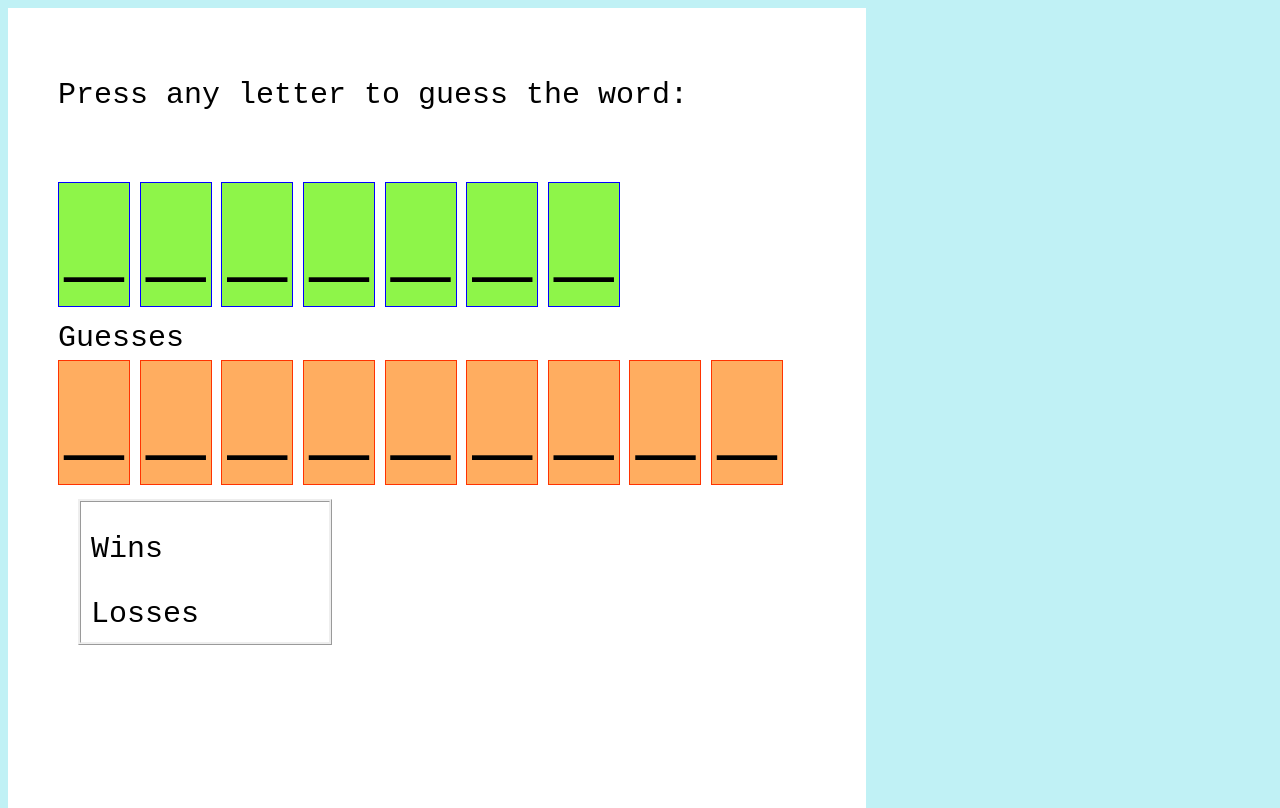
Repository: dsaftler/JavaScript
Page: index.html
These files come from the project's save history. The page is drawn as it stood at one moment and after the next save; the edit follows.
The browser window is 1280 px wide. The pictures show the whole page.

Above is the page before, as saved 2019-03-30 23:43:34.

### index.html
<!DOCTYPE html>
<html lang="en">
<head>
  <meta charset="UTF-8">
  <meta name="viewport" content="width=device-width, initial-scale=1.0">
  <meta http-equiv="X-UA-Compatible" content="ie=edge">
  <link href="https://fonts.googleapis.com/css?family=Ubuntu+Mono" rel="stylesheet">
  <link rel="stylesheet" href="assets\css\style.css">

  <title>JavaScript Hangman Game</title>
</head>
<body>
    <div class="container">
        <div class="instructions showtext">Press any letter to guess the word: </div>

         <div class="showtext" id="correctWord" ></div>



         <div class="letter match" id="chr_0">_</div>
         <div class="letter match" id="chr_1">_</div>
         <div class="letter match" id="chr_2">_</div>
         <div class="letter match" id="chr_3">_</div>
         <div class="letter match" id="chr_4">_</div>
         <div class="letter match" id="chr_5">_</div>
         <div class="letter match" id="chr_6">_</div>


        <div class="showtext" id="showRemaining">Guesses </div>

        <div class="letter guessed" id="guess_0">_</div>
        <div class="letter guessed" id="guess_1">_</div>
        <div class="letter guessed" id="guess_2">_</div>
        <div class="letter guessed" id="guess_3">_</div>
        <div class="letter guessed" id="guess_4">_</div>
        <div class="letter guessed" id="guess_5">_</div>
        <div class="letter guessed" id="guess_6">_</div>
        <div class="letter guessed" id="guess_7">_</div>
        <div class="letter guessed" id="guess_8">_</div>


      <div class="score">
      <div class="showtext" id="showWins">Wins</div>
      <div class="showtext" id="showLosses">Losses</div>

    </div>

    <script type="text/javascript" src="assets/javascript/game.js"></script>


</body>
</html>

### assets/css/style.css
body {font-family: 'Ubuntu+Mono',monospace, sans-serif;
  font-weight: 400;
  background-color: rgb(192, 241, 245);
  height: 600px;
}
.container {width:60%;
  max-width: 960px;

 /* background-image: "url('assets/images/Hangman.png')";  */
 background-color: white;
 height:700px;
 padding: 50px;
 }
 .showtext {height:35px;
  padding: 20px 0 10px;
  font-size: 30px;
 }
.letter {font-size: 100px;
  display: inline;
  padding: 5px;}
.match {
  border: 1px solid blue;
  background-color: rgb(142, 245, 73)}
.guessed {
  font-weight: 100;
  border: 1px solid #ff3300;
  background-color: rgb(255, 173, 96)}
.floater {

}
.score{
  margin-top: 20px;
  margin-left: 20px;
  padding:10px;
  height:120px;
  width: 30%;
  border-style: ridge}

### assets/javascript/game.js

// Variables
var wordArr
var cntWins,
  curCntGuess,
  ltr_0,
  ltr_1,
  ltr_2,
  ltr_3,
  ltr_4,
  ltr_5,
  ltr_6;

 var ltrTried_0,
  ltrTried_1,
  ltrTried_2,
  ltrTried_3,
  ltrTried_4,
  ltrTried_5,
  ltrTried_6,
  ltrTried_7,
  ltrTried_8,
  ltrTried_9 ;

var maxGuesses=9,
   cntWins=0,
   cntLosses=0;
var userGuess;
// within the game
// while wordArr.length>0
//while (wordArr.length>0) {
var curPtr,curCntGuess,
  curLetter,curWord,myWord,
  badGuess, curWordArr,builtWord,
  isFound,
  curPtr=0,
  firstTime=true;

  console.log('firstTime:' +firstTime)
  wordArr= ["unicorn","griffin","dragon","mermaid","centaur","pegasus"];
initGame();

document.onkeydown = function(event){
  isFound=false
  // Determines which key was pressed.
  var userGuess = event.key;
  userGuess=userGuess.toLowerCase()
  console.log("userGuess: "+userGuess);
  // is userGuess already in badGuess
  //showValue("curGuess",userGuess);

  for (let i=0; i<badGuess.length; i++) {
        //See if that letter was already chosen by parsing badGuess
    if (badGuess[i]===userGuess){
      //alert("You alread guessed "+userGuess)
      isFound=true
    }
  }
                //see if it's in the target word
                // for every letter in curWord, see if that letter exists at that index  charAt(index)
  console.log("curWordArr "+curWordArr)
  if (!isFound)
  {
    for (let i=0; i<curWordArr.length; i++)
    {
                  //if index [j]is blank and matches our guess

      if (curWordArr[i]===userGuess)
      {
        console.log("curWordArr "+i+'='+curWordArr[i])
        builtWord[i]=userGuess
                 //set getElementId for that index (see if I can create a variable "ltr_"+(toString([j]))
        //id="chr_0"
        el='chr_'+i
        showValue(el,userGuess)
        //getElementById(el).textContent:userGuess;
        isFound=true
      }
    }
  }
  if (!isFound)
  {
    el="guess_"+badGuess.length;
    showValue(el,userGuess)  ;
    // push to badGuess
      badGuess.push(userGuess);
      console.log("badGuess: "+badGuess)
      curCntGuess++
      console.log("curCntGuess :" +curCntGuess)
      // push content for ltrTried ids
      // show content for badguesses
  }



  if (curCntGuess>=maxGuesses){
      //alert('You lost')
      cntLosses++;
      showValue("showLosses","Losses   "+cntLosses)
      showValue("correctWord","The Word was  "+curWord)
      nextWord()
  } else {
    if (collapseArray()===curWord){
      //alert("You won")
      cntWins++;
      showValue("showWins","Wins   "+cntWins)
      showValue("correctWord","The Word was  "+curWord)

      nextWord()
    } else {
      myWord=''
    }
  }

}


function initGame(){
  allLetters = document.querySelectorAll('.letter');
  allLetters.forEach(element => {
    element.textContent = '_';
  });
  curCntGuess = 0;
  curLetter="";
  curWord="";
  myWord="";
  badGuess = [];
  curWordArr=[];
  builtWord=[];
  console.log("WordArr aft: "+wordArr)
  console.log("wordArr.length: "+wordArr.length)
  curPtr=getRandomPtr(wordArr.length); //0
  console.log("curPtr: "+curPtr)
  //curWordArr = array the word at that index
  curWord=wordArr[curPtr];   //unicorn
  console.log("curWord: "+curWord)
  for (let i=0; i<curWord.length; i++){
    myLetter=curWord.charAt([i]);
    //console.log(myLetter);
    curWordArr.push(myLetter);
  }
  //clear the ltrTried & ltr elements
  //console.log(curPtr);
  //console.log(curWord);
  console.log("curWordArr "+curWordArr)
}

function nextWord(){
  console.log("Word Arr b4: " +wordArr)
  wordArr.splice(curPtr,1)
  if (wordArr.length===0){
    //alert("End of Game")
  }else{
    initGame()
  }
}
function showValue(thisId,thisValue){
  var target=document.getElementById(thisId);
  console.log(thisValue)
  console.log(thisId)
  target.innerHTML=thisValue;
}
function addValue(thisId,thisValue){
  var target=document.getElementById(thisId);
  target.innerHTML=target.innerHTML+"      " +thisValue;
}
function collapseArray(){

  for (let k=0; k<builtWord.length; k++) {
    localVal=builtWord[k]
    if (typeof(localVal)!='undefined') {
   // console.log("myWord length: "+myWord.length+ " K is "+localVal)
    myWord=myWord+localVal
   //console.log("myWord "+myWord)
    }
  }
  return myWord
}


function getUserGuess() {
  var userGuess= document.getElementById("getKeyPress");
  userGuess=userGuess.toLowerCase();


  }



function getRandomPtr(max) {
      return Math.floor(Math.random() * Math.floor(max));
      // this will return 0 through max-1
}
function getRandomInt(max) {
  return getRandomPtr(max)+1
  // this will return 1 through max
}

After the next save:
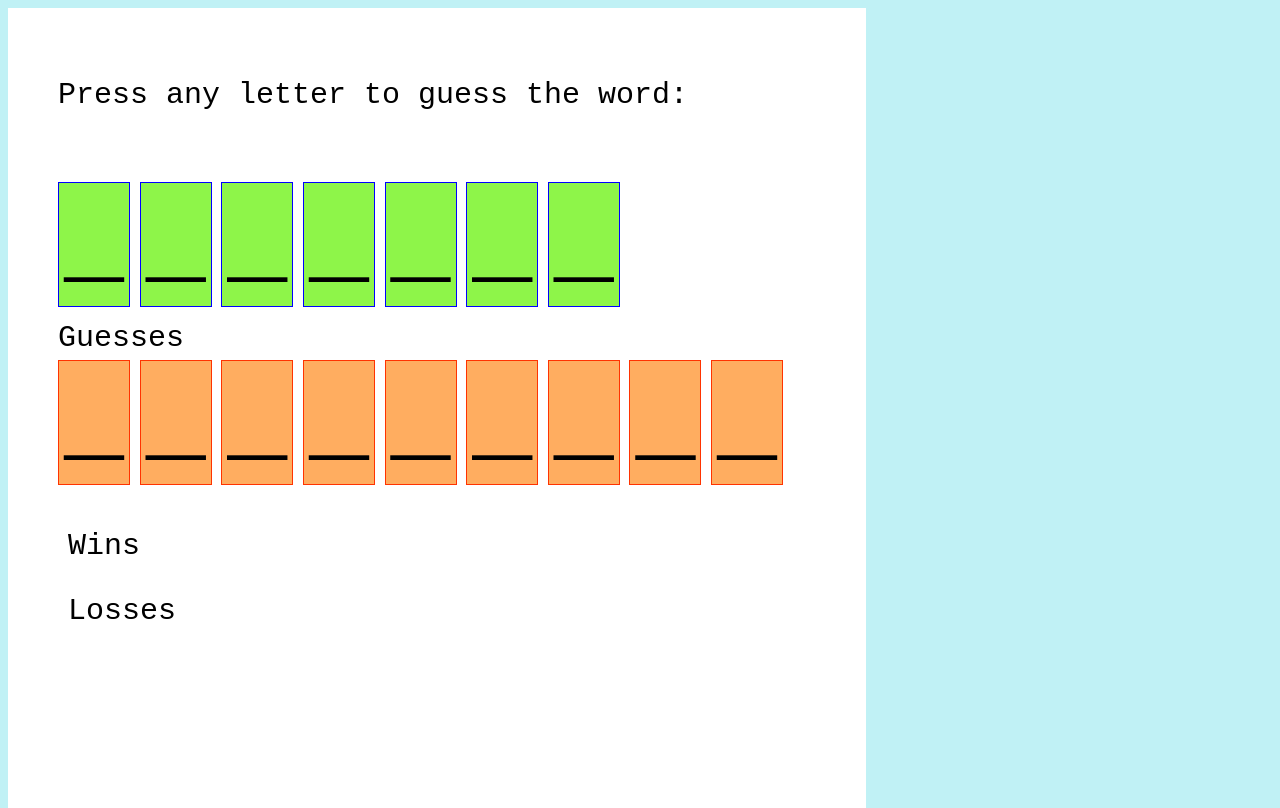
Saved 2 s later.
--- a/assets/css/style.css
+++ b/assets/css/style.css
@@ -30,8 +30,5 @@ body {font-family: 'Ubuntu+Mono',monospace, sans-serif;
 }
 .score{
   margin-top: 20px;
-  margin-left: 20px;
   padding:10px;
   height:120px;
-  width: 30%;
-  border-style: ridge}
